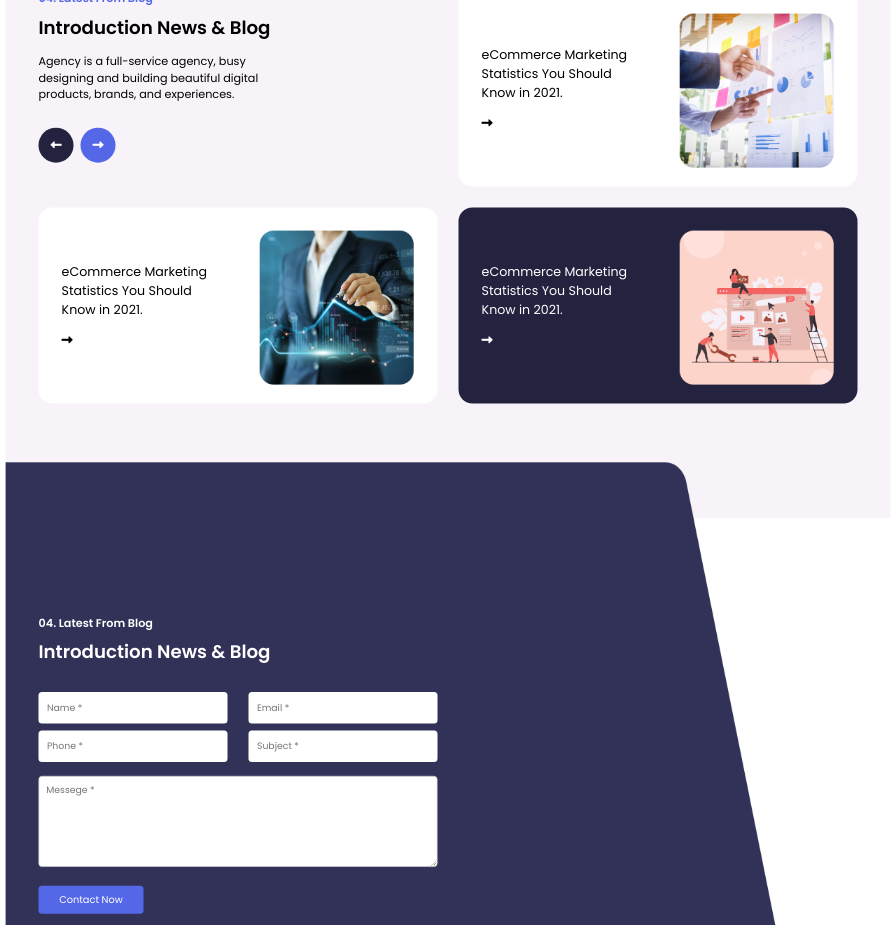
Repository: tranchi0120/LangdingPage-Htmlcss-Ago
Page: index.html
An editor plug-in stored every save of this project. The page is shown before and after the next save, followed by the edit.
The browser window is 1280 px wide. The pictures show the part of the page from y = 3609 to 5529 px (the page is 4937 px tall before and 5529 px after), at 70% of full size.
Some web libraries are served in a nearby version. The style sheet was rebuilt from its Sass, Less or Tailwind sources for each picture, by a compiler version that may differ from the author's.

Above is the page before, as saved 2022-07-15 10:11:17.

After the next save:
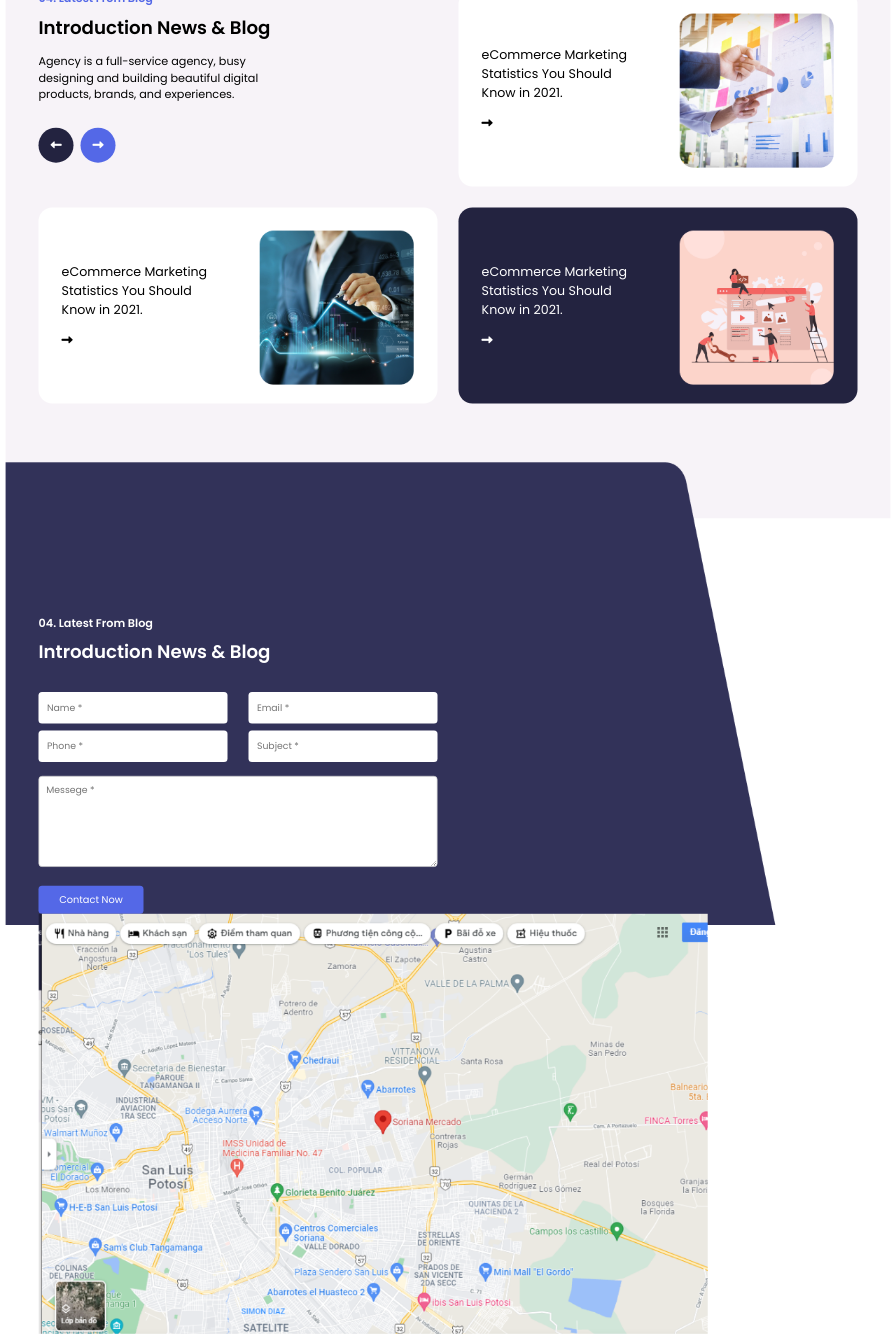
Saved 23 s later.
--- a/index.html
+++ b/index.html
@@ -374,6 +374,7 @@
                         </div>
                     </div>
                     <div class="contact-right">
+                        <img src="./images/bando.png" alt="#">
                     </div>
                 </div>
             </div>
